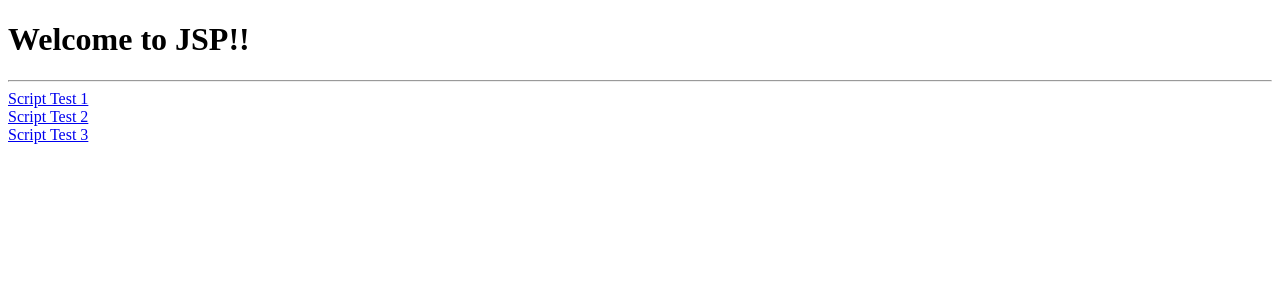
Repository: minjuleee/Server_study
Page: http://localhost/web/index.jsp
The author's editor kept a copy of each file at every save. The page is drawn from the files as they stood at one save, then again after the next save.
The browser window is 1280 px wide. The pictures show the whole page.
The page is served by Tomcat 10. Other server files are loaded and not shown.

Above is the page before, as saved 2025-11-18 13:19:07.

### dev/web/src/main/webapp/index.jsp
<%@ page language="java" contentType="text/html; charset=UTF-8"
    pageEncoding="UTF-8"%>
<!DOCTYPE html>
<html>
<head>
<meta charset="UTF-8">
<title>Insert title here</title>
</head>
<body>
	<% String title = "Welcome to JSP!!"; %>
	<h1><%=title %></h1>
	<hr>
	<a href="01_script_test.jsp">Script Test 1</a><br/>
	<a href="02_script_test.jsp">Script Test 2</a><br/>
	<a href="03_script_test.jsp">Script Test 3</a><br/>

</body>
</html>

After the next save:
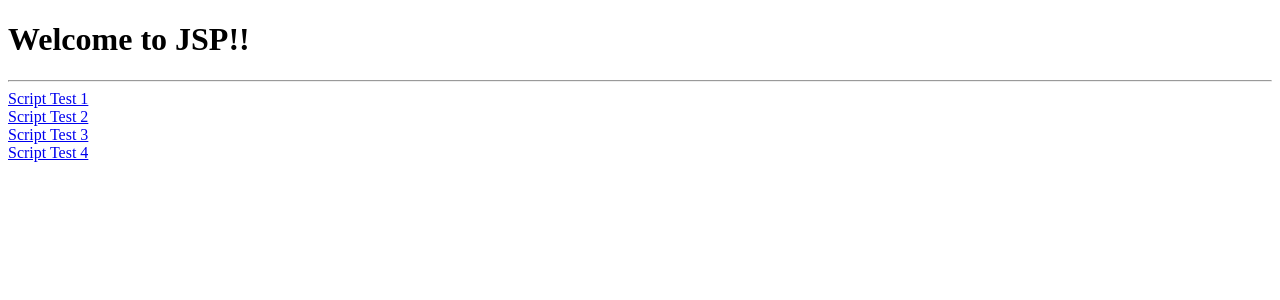
Saved 40 s later.
--- a/dev/web/src/main/webapp/index.jsp
+++ b/dev/web/src/main/webapp/index.jsp
@@ -13,6 +13,7 @@
 	<a href="01_script_test.jsp">Script Test 1</a><br/>
 	<a href="02_script_test.jsp">Script Test 2</a><br/>
 	<a href="03_script_test.jsp">Script Test 3</a><br/>
+	<a href="04_script_test.jsp">Script Test 4</a><br/>
 
 </body>
 </html>
